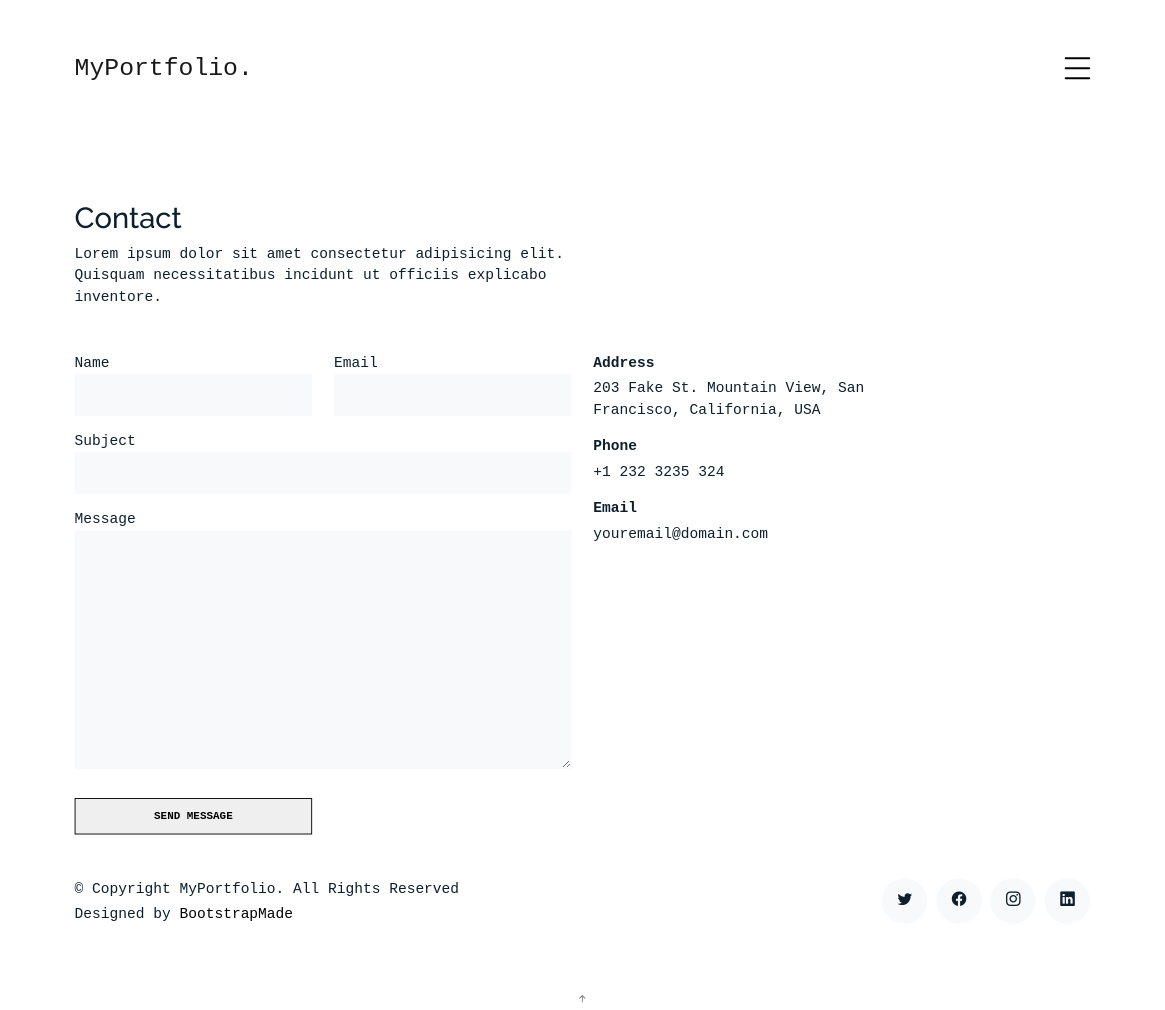
Repository: m0llyc00k/portfolio-2
Page: contact.html
The author's editor kept a record of every edit. The page is drawn from the files as they stood at one moment, then again after the next edit.
The browser window is 1280 px wide. The pictures show the whole page, at 91% of full size.
Some web fonts or font styles are not loaded; a fallback is used.

Above is the page before.

After the next edit:
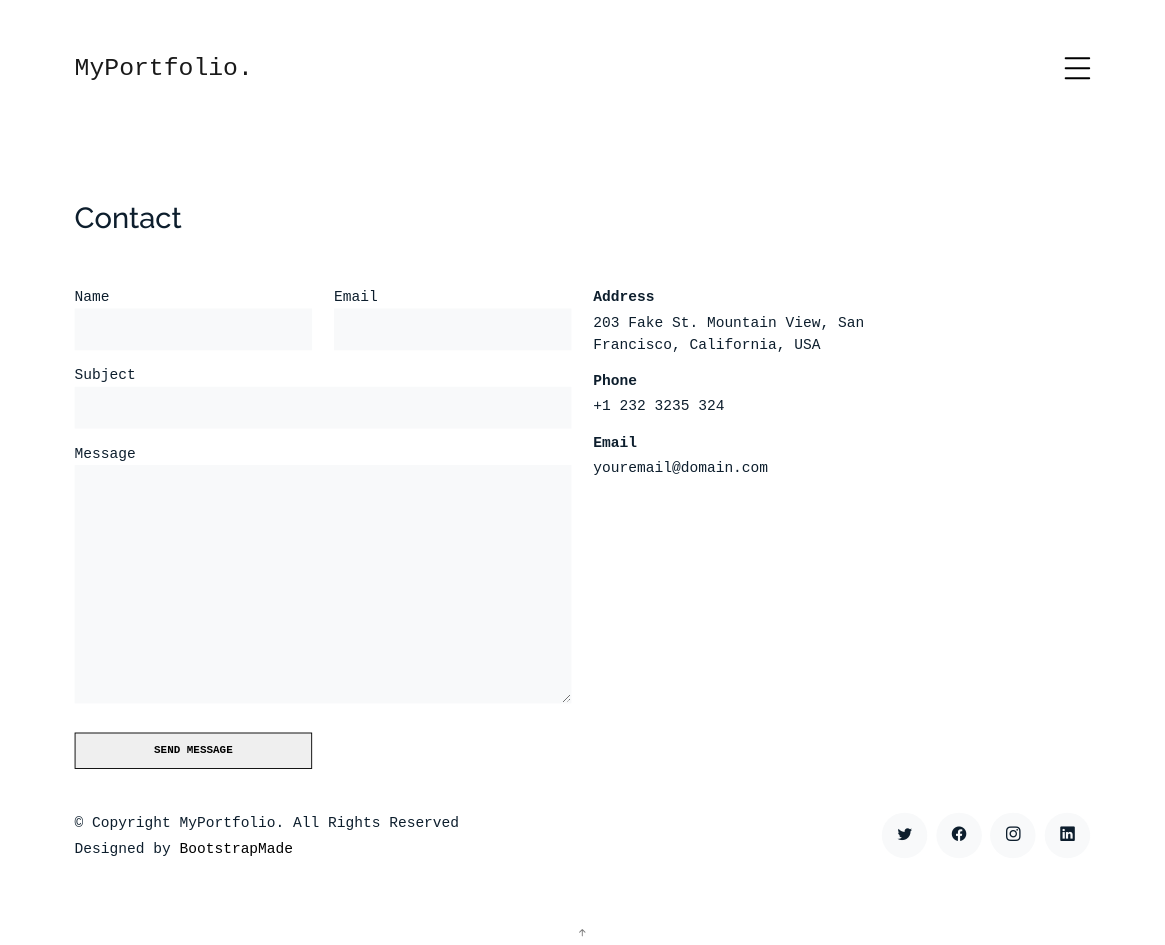
The edit:
--- a/contact.html
+++ b/contact.html
@@ -79,9 +79,7 @@
         <div class="row mb-5 align-items-end">
           <div class="col-md-6" data-aos="fade-up">
             <h2>Contact</h2>
-            <p class="mb-0">Lorem ipsum dolor sit amet consectetur adipisicing elit. Quisquam necessitatibus incidunt ut
-              officiis explicabo inventore.
-            </p>
+
           </div>
 
         </div>
